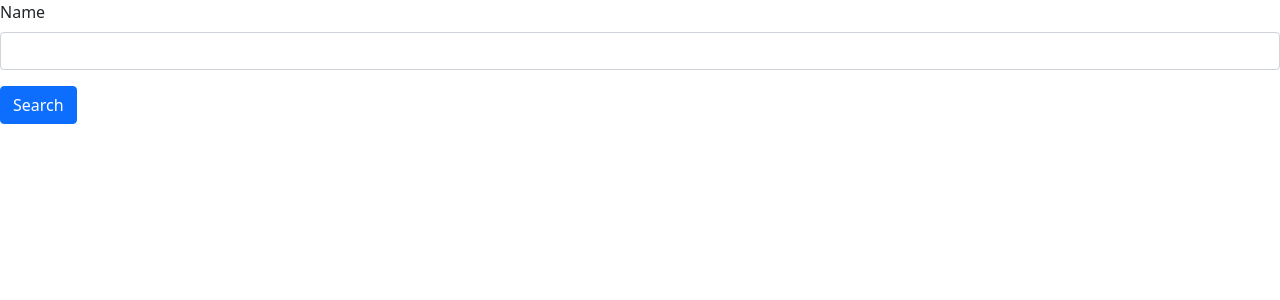
Repository: RMVLajaykumar/monojavaee
Page: http://localhost/12-student-mvc-db/search-student.jsp
An editor plug-in stored every save of this project. The page is shown before and after the next save, followed by the edit.
The browser window is 1280 px wide. The pictures show the whole page.
The page is served by Tomcat 9. Other server files are loaded and not shown.

Above is the page before, as saved 2024-07-18 07:11:02.

### 12-student-mvc-db/WebContent/search-student.jsp
<%@ page language="java" contentType="text/html; charset=ISO-8859-1"
    pageEncoding="ISO-8859-1"%>
<link href="https://cdn.jsdelivr.net/npm/bootstrap@5.0.2/dist/css/bootstrap.min.css" rel="stylesheet" integrity="sha384-EVSTQN3/azprG1Anm3QDgpJLIm9Nao0Yz1ztcQTwFspd3yD65VohhpuuCOmLASjC" crossorigin="anonymous">
<script src="https://cdn.jsdelivr.net/npm/bootstrap@5.0.2/dist/js/bootstrap.bundle.min.js" integrity="sha384-MrcW6ZMFYlzcLA8Nl+NtUVF0sA7MsXsP1UyJoMp4YLEuNSfAP+JcXn/tWtIaxVXM" crossorigin="anonymous"></script>
<!DOCTYPE html>
<html>
<head>
<meta charset="ISO-8859-1">
<title>Search Student</title>
</head>
<body>
<form action="Student">
    <input type="hidden" name="command" value="search"/>
    <div class="mb-3">
        <label for="name" class="form-label">Name</label>
        <input type="text" class="form-control" id="name" name="name">
    </div>
    <input type="submit" class="btn btn-primary" value="Search">
</form>
</body>
</html>

After the next save:
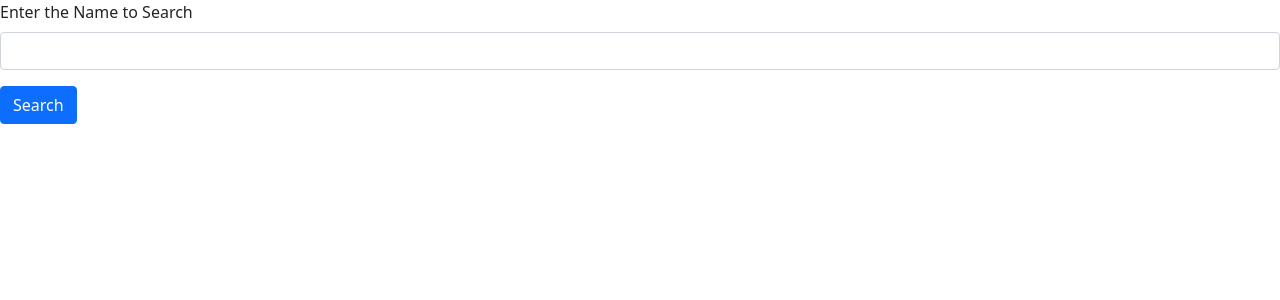
Saved 2 min 32 s later.
--- a/12-student-mvc-db/WebContent/search-student.jsp
+++ b/12-student-mvc-db/WebContent/search-student.jsp
@@ -12,7 +12,7 @@
 <form action="Student">
     <input type="hidden" name="command" value="search"/>
     <div class="mb-3">
-        <label for="name" class="form-label">Name</label>
+        <label for="name" class="form-label">Enter the Name to Search</label>
         <input type="text" class="form-control" id="name" name="name">
     </div>
     <input type="submit" class="btn btn-primary" value="Search">
